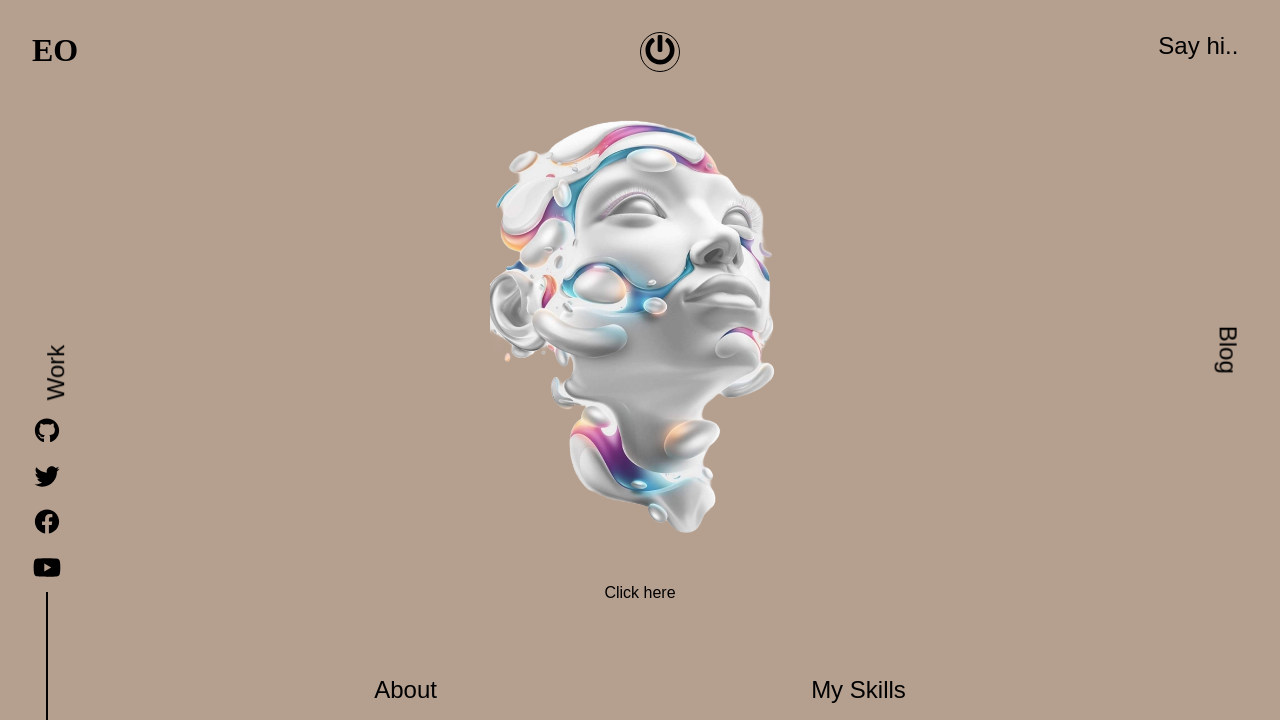
Repository: Deonorla/deon-dev
Page: /main
These files come from the project's save history. The page is drawn as it stood at one moment and after the next save; the edit follows.
The browser window is 1280 px wide. The pictures show the whole page.
The project was rebuilt for these pictures with package versions that can differ from the ones it lists, and the page was loaded fresh each time. The framework's server and built-in components were replaced by stand-ins that run in the browser. Also part of the build but not shown: next.config.ts.

Above is the page before, as saved 2025-05-28 18:41:22.

After the next save:
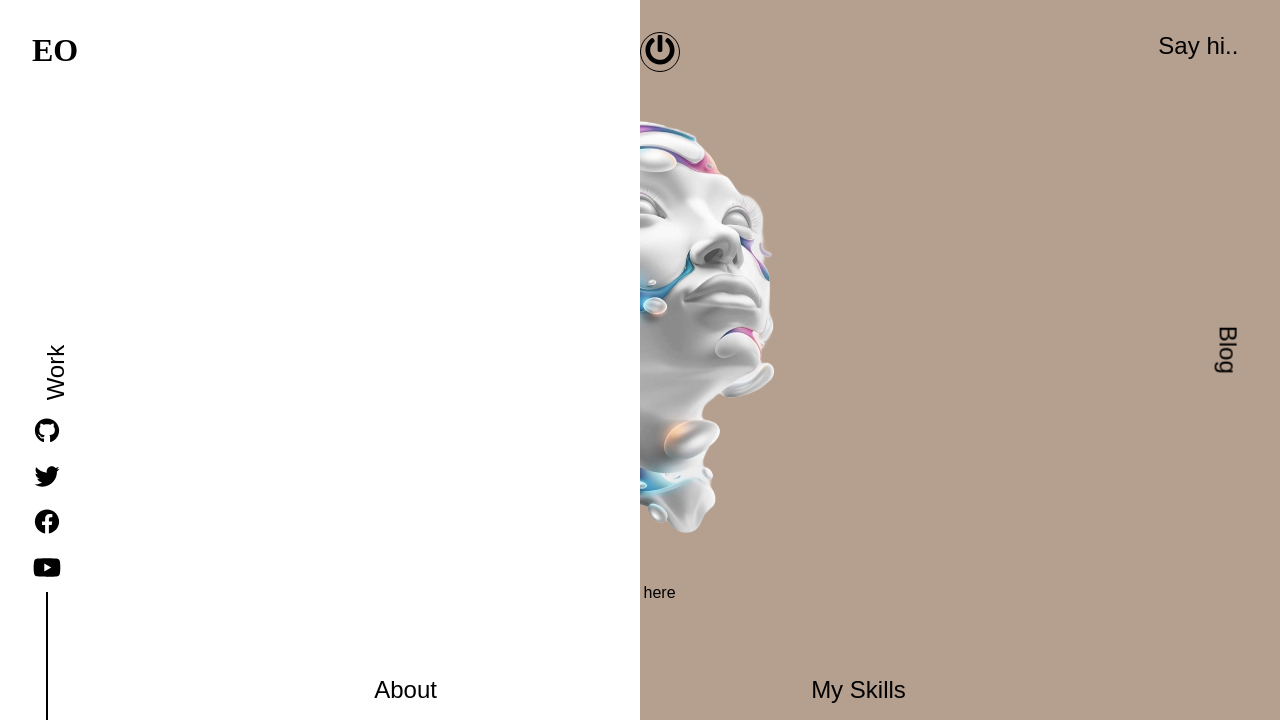
Saved 7 min 24 s later.
--- a/src/app/main/page.tsx
+++ b/src/app/main/page.tsx
@@ -9,7 +9,7 @@
 import { useState } from "react";
 import styled, { keyframes } from "styled-components";
 
-interface CenterProps {
+interface Prop {
   click: boolean;
 }
 
@@ -91,7 +91,7 @@
     }
 `;
 
-const Center = styled.button<CenterProps>`
+const Center = styled.button<Prop>`
   position: absolute;
   top: ${(props) => (props.click ? "85%" : "50%")};
   left: ${(props) => (props.click ? "92%" : "50%")};
@@ -117,11 +117,22 @@
   }
 `;
 
+const LightDiv = styled.div<Prop>`
+  position: absolute;
+  top: 0;
+  background-color: #ffffff;
+  bottom: 0;
+  right: 50%;
+  width: 100%;
+  height: 100%;
+  z-index: 1;
+`;
 const Main = () => {
   const [click, setClick] = useState(false);
   const handleClick = () => setClick(!click);
   return (
     <MainContainer>
+      <LightDiv click={click} />
       <Container>
         <PowerButton />
         <LogoComponent />

After the save that followed:
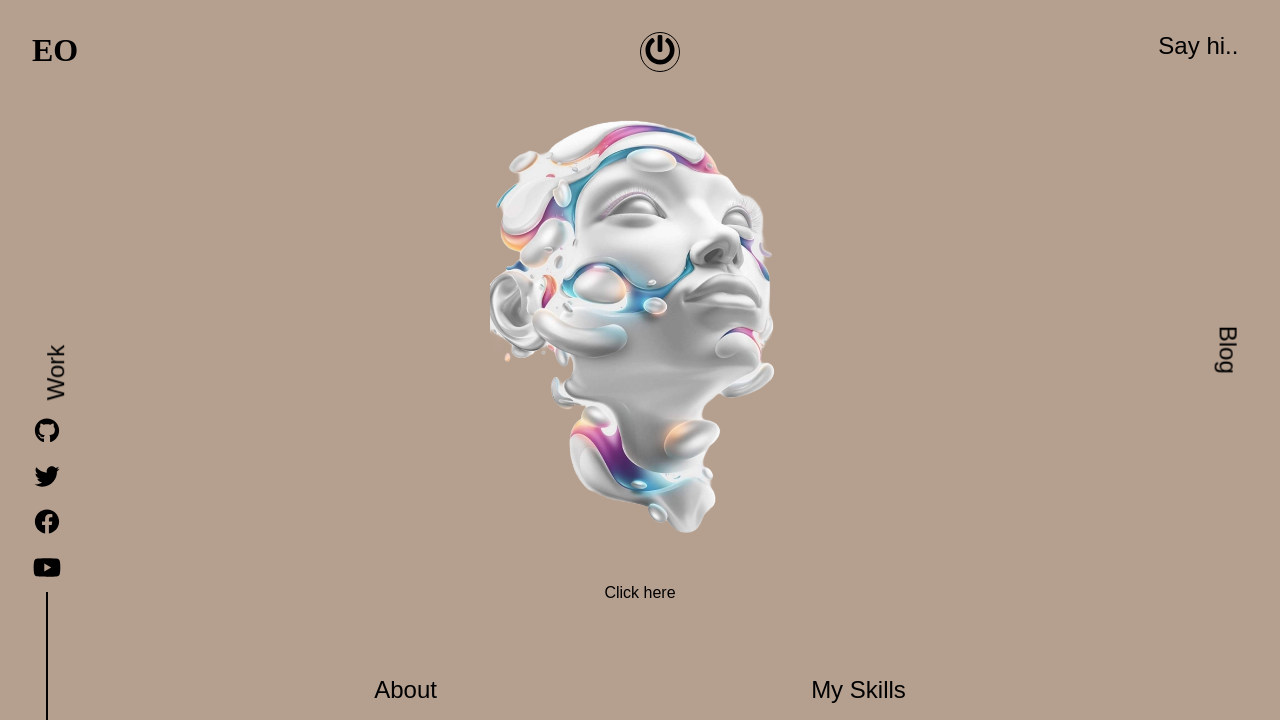
Saved 102 s later.
--- a/src/app/main/page.tsx
+++ b/src/app/main/page.tsx
@@ -123,8 +123,8 @@
   background-color: #ffffff;
   bottom: 0;
   right: 50%;
-  width: 100%;
-  height: 100%;
+  width: ${(prop) => (prop.click ? "50%" : "0%")};
+  height: ${(prop) => (prop.click ? "50%" : "0%")};
   z-index: 1;
 `;
 const Main = () => {
